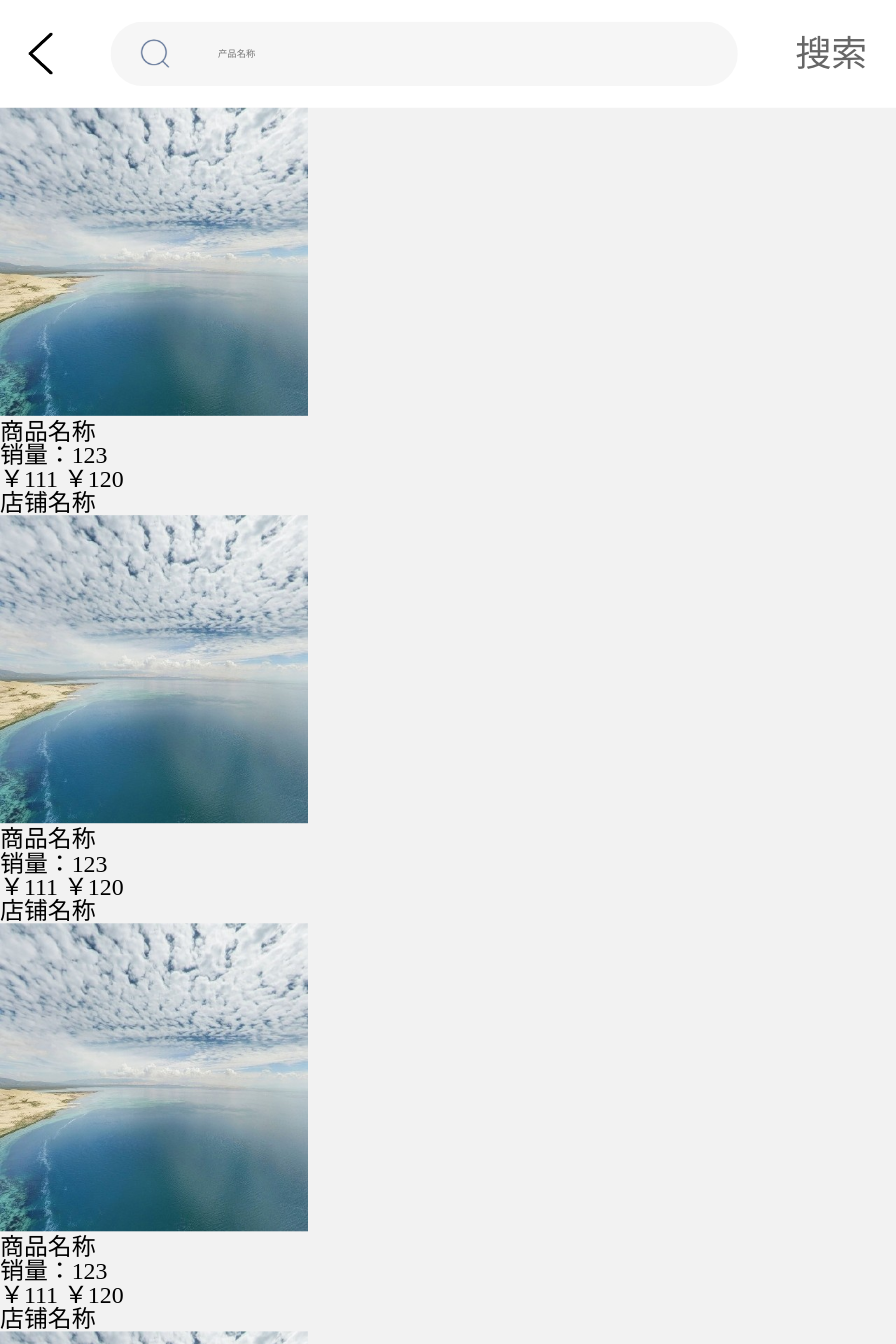
Repository: 421538074/sell
Page: consumer/search.html
These files come from the project's save history. The page is drawn as it stood at one moment and after the next save; the edit follows.
The browser window is 1280 px wide. The pictures show the part of the page from y = 0 to 1920 px (the page is 11809 px tall before and 13249 px after), at 70% of full size.

Above is the page before, as saved 2019-05-30 09:21:01.

After the next save:
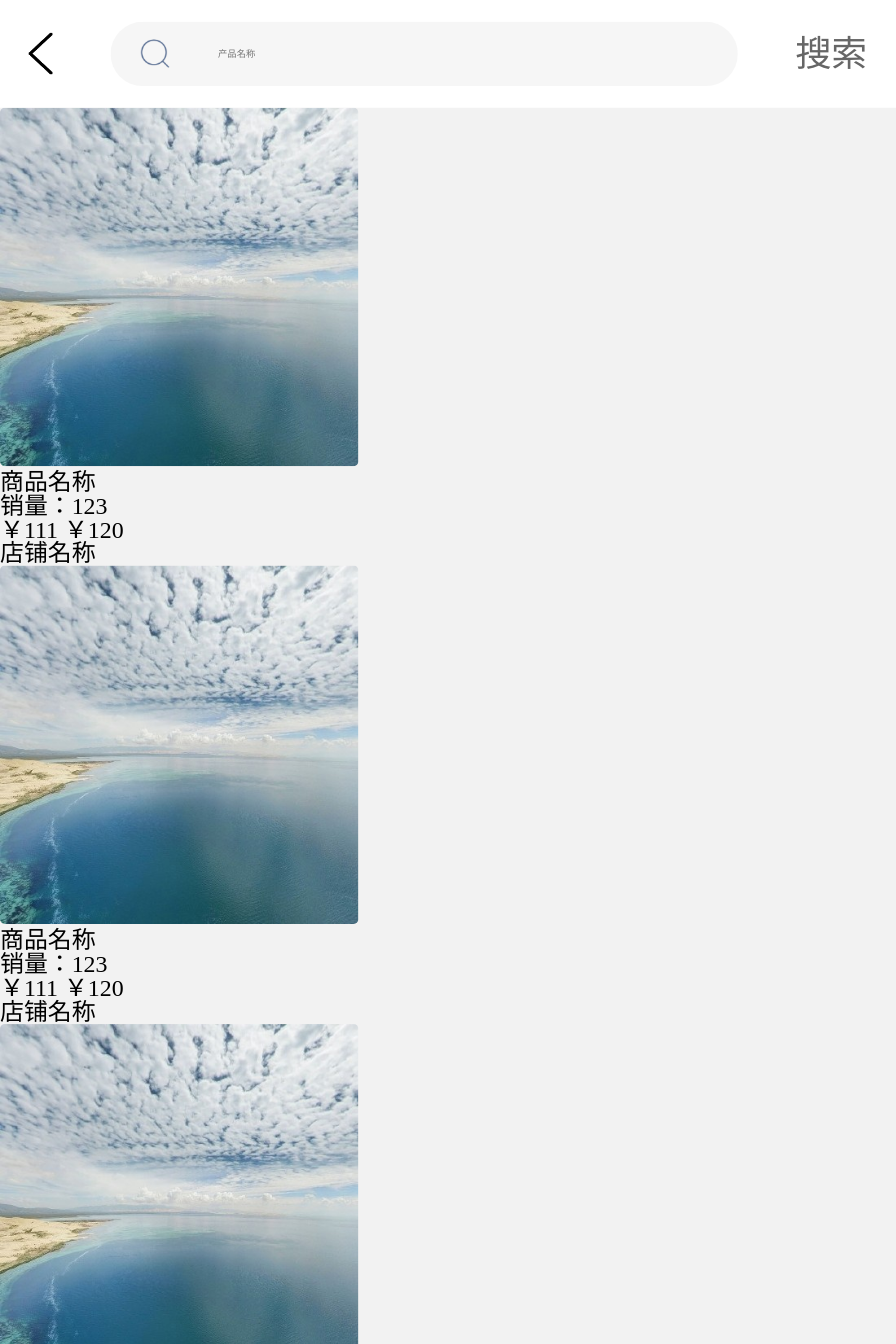
Saved 37 s later.
--- a/consumer/css/search.css
+++ b/consumer/css/search.css
@@ -38,3 +38,8 @@ img.clear-icon {
     height: auto;
     right: 20%;
 }
+img.goods-item-icon {
+    width: 40vw;
+    height: 40vw;
+    border-radius: 0.2rem;
+}
